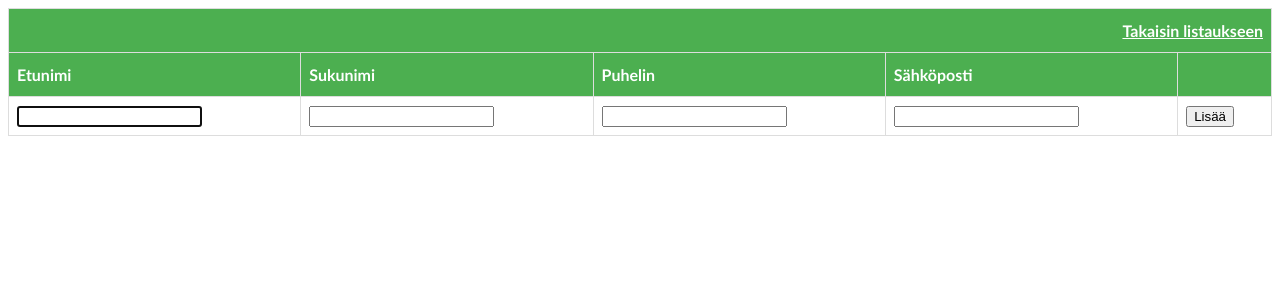
Repository: teemulin/NativeJS_Asiakas
Page: http://localhost/Asiakkaat/lisaaasiakas.jsp
These files come from the project's save history. The page is drawn as it stood at one moment and after the next save; the edit follows.
The browser window is 1280 px wide. The pictures show the whole page.
The page is served by Tomcat 9. Other server files are loaded and not shown.

Above is the page before, as saved 2020-05-13 14:31:12.

### Asiakkaat/WebContent/lisaaasiakas.jsp
<%@ page language="java" contentType="text/html; charset=ISO-8859-1"
    pageEncoding="ISO-8859-1"%>
<!DOCTYPE html>
<html>
<head>
<meta charset="ISO-8859-1">
<script src="scripts/main.js"></script>
<link rel="stylesheet" type="text/css" href="css/main.css">
<title>Asiakkaan lisääminen</title>
</head>
<body onkeydown="tutkiKey(event)">
<form id="tiedot">
	<table id="lisays">
		<thead>
		<tr>
			<th colspan="5" class="oikealle"><a href="listaaasiakkaat.jsp" id="takaisin">Takaisin listaukseen</a></th>
			</tr>
			<tr>
				<th class="vasemmalle">Etunimi</th>
				<th class="vasemmalle">Sukunimi</th>
				<th class="vasemmalle">Puhelin</th>
				<th class="vasemmalle">Sähköposti</th>
				<th class="vasemmalle"></th>
			</tr>
		</thead>

		<tbody>
			<tr>
				<td><input type="text" name="Etunimi" id="Etunimi"></td>
				<td><input type="text" name="Sukunimi" id="Sukunimi"></td>
				<td><input type="text" name="Puhelin" id="Puhelin"></td>
				<td><input type="text" name="Sposti" id="Sposti"></td>
				<td><input type="button" name="nappi" id="tallenna" value="Lisää" onclick="lisaaTiedot()"></td>
			</tr>
		</tbody>
	</table>
</form>
<span id="ilmo"></span>
</body>

<script>

document.getElementById("Etunimi").focus();

function tutkiKey(event) {
	if(event.keyCode==13) {
		lisaaTiedot();
	}
}

function lisaaTiedot(){
	var ilmo="";
	if(document.getElementById("Etunimi").value.length<3){
		ilmo="Etunimi ei kelpaa!";
	}
	else if(document.getElementById("Sukunimi").value.length<3){
		ilmo="Sukunimi ei kelpaa!";
	}
	else if(document.getElementById("Puhelin").value.length<5){
		ilmo="Puhelinnumero ei kelpaa!";
	}
	else if(document.getElementById("Puhelin").value*1!=document.getElementById("Puhelin").value){
		ilmo="Puhelin ei ole numeroarvo!";
	}
	else if(document.getElementById("Sposti").value.length<5){
	ilmo="Sähköposti ei kelpaa!";
	}
	if(ilmo!=""){
		document.getElementById("ilmo").innerHTML=ilmo;
		setTimeout(function() { document.getElementById("ilmo").innerHTML=""; }, 3000);
		return;
	}
	document.getElementById("Etunimi").value=siivoa(document.getElementById("Etunimi").value);
	document.getElementById("Sukunimi").value=siivoa(document.getElementById("Sukunimi").value);
	document.getElementById("Puhelin").value=siivoa(document.getElementById("Puhelin").value);
	document.getElementById("Sposti").value=siivoa(document.getElementById("Sposti").value);

	var formJsonStr=formDataToJSON(document.getElementById("tiedot"));
	fetch("asiakkaat",{
		method: 'POST',
		body:formJsonStr
	})
	.then(function (response){
		return response.json()
	})
	.then(function (responseJson){
		var vastaus = responseJson.response;
		if(vastaus==0){
			document.getElementById("ilmo").innerHTML = "Asiakkaan lisääminen epäonnistui";
		}
		else if(vastaus==1){
			document.getElementById("ilmo").innerHTML = "Asiakkaan lisääminen onnistui";
		}
		setTimeout(function(){ document.getElementById("ilmo").innerHTML=""; }, 5000);
	});
	document.getElementById("tiedot").reset();
}

</script>

</html>

### Asiakkaat/WebContent/scripts/main.js

function requestURLParam(sParam){
    var sPageURL = window.location.search.substring(1);
    var sURLVariables = sPageURL.split("&");
    for (var i = 0; i < sURLVariables.length; i++){
        var sParameterName = sURLVariables[i].split("=");
        if(sParameterName[0] == sParam){
            return sParameterName[1];
        }
    }
}
function formDataJsonStr(formArray) {
	var returnArray = {};
	for (var i = 0; i < formArray.length; i++){
		returnArray[formArray[i]['name']] = formArray[i]['value'];
	}
	return JSON.stringify(returnArray);
}

function siivoa(teksti){
	teksti=teksti.replace("<","");
	teksti=teksti.replace(";","");
	teksti=teksti.replace("'","''");
	return teksti;
}

### Asiakkaat/WebContent/css/main.css
.oikealle{
	text-align: right;
}

.vasemmalle{
	text-align: left;
}

#listaus, #lisays {
  font-family: "Trebuchet MS", Arial, Helvetica, sans-serif;
  border-collapse: collapse;
  width: 100%;
}

#listaus td, #listaus th, #lisays td, #lisays th {
  border: 1px solid #ddd;
  padding: 8px;
}

#listaus tr:nth-child(even){background-color: #f2f2f2;}

#listaus tr:hover {background-color: #ddd;}

#lisays tr:nth-child(even){background-color: #f2f2f2;}

#lisays tr:hover {background-color: #ddd;}

#listaus th, #lisays th {
  padding-top: 12px;
  padding-bottom: 12px;
  background-color: #4CAF50;
  color: white;
}

#uusiAsiakas, #takaisin{
	color: white;
	cursor: pointer;
}
.poista{
	cursor: pointer;
	color: red;
}

After the next save:
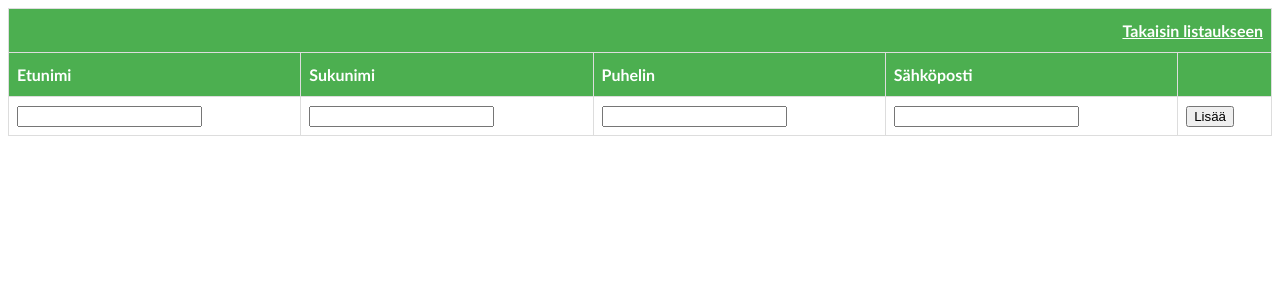
Saved 6 min 54 s later.
--- a/Asiakkaat/WebContent/lisaaasiakas.jsp
+++ b/Asiakkaat/WebContent/lisaaasiakas.jsp
@@ -39,15 +39,6 @@
 </body>
 
 <script>
-
-document.getElementById("Etunimi").focus();
-
-function tutkiKey(event) {
-	if(event.keyCode==13) {
-		lisaaTiedot();
-	}
-}
-
 function lisaaTiedot(){
 	var ilmo="";
 	if(document.getElementById("Etunimi").value.length<3){

After the save that followed:
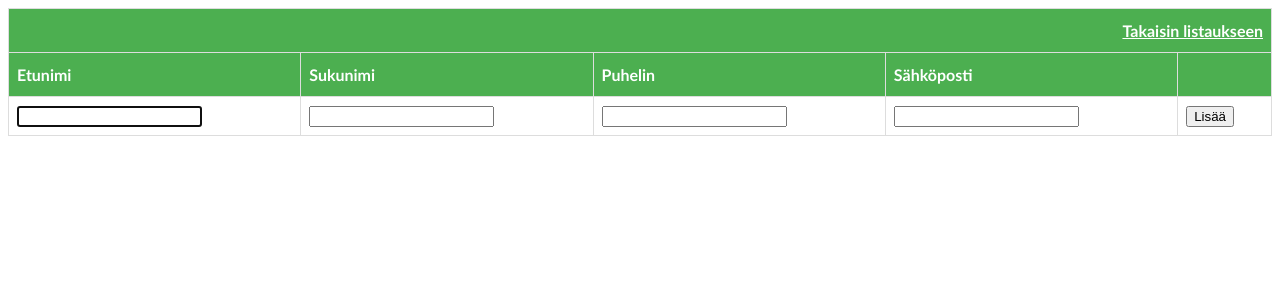
Saved 53 s later.
--- a/Asiakkaat/WebContent/lisaaasiakas.jsp
+++ b/Asiakkaat/WebContent/lisaaasiakas.jsp
@@ -39,6 +39,15 @@
 </body>
 
 <script>
+
+document.getElementById("Etunimi").focus();
+
+function tutkiKey(event) {
+	if(event.keyCode==13) {
+		lisaaTiedot();
+	}
+}
+
 function lisaaTiedot(){
 	var ilmo="";
 	if(document.getElementById("Etunimi").value.length<3){
